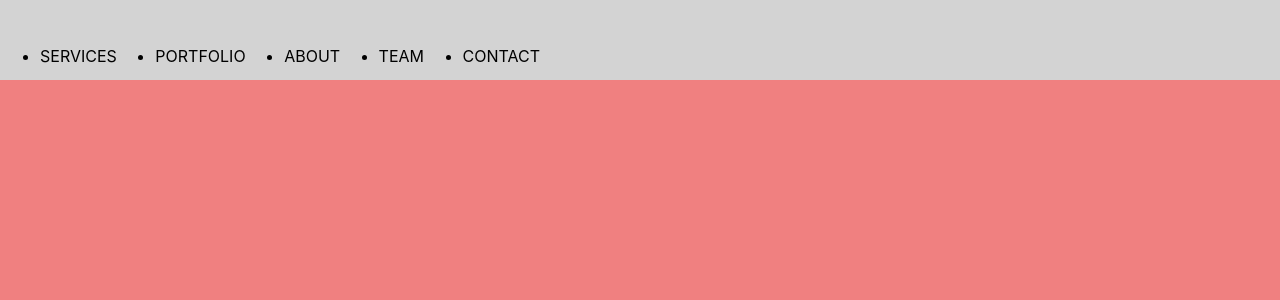
Repository: ooter37/media-queries-afternoon
Page: / (app in portfolio-clone/)
The author's editor kept a copy of each file at every save. The page is drawn from the files as they stood at one save, then again after the next save.
The browser window is 1280 px wide. The pictures show the whole page.
The project was rebuilt for these pictures with package versions that can differ from the ones it lists, and the page was loaded fresh each time.

Above is the page before, as saved 2020-04-13 13:19:35.

After the next save:
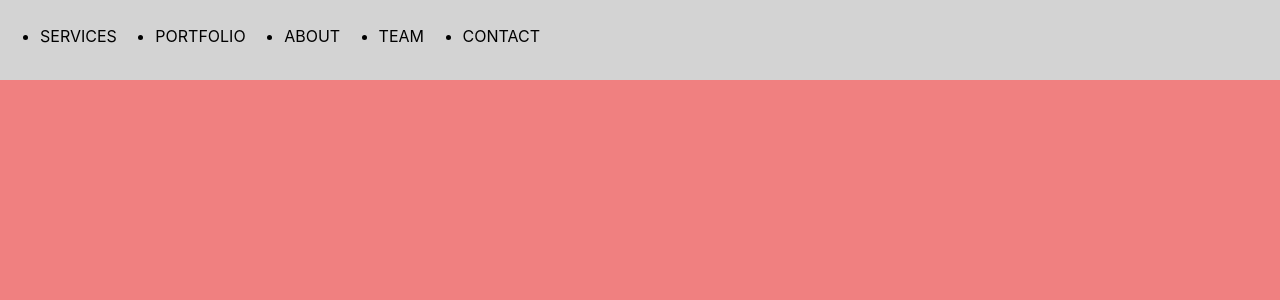
Saved 5 s later.
--- a/portfolio-clone/src/App.css
+++ b/portfolio-clone/src/App.css
@@ -17,7 +17,7 @@ body {
 }
 
 .buttons {
-  height: 100%;
+  height: 50%;
   margin-top: 0 auto;
   margin-bottom: 0 auto;
   width: 500px;
